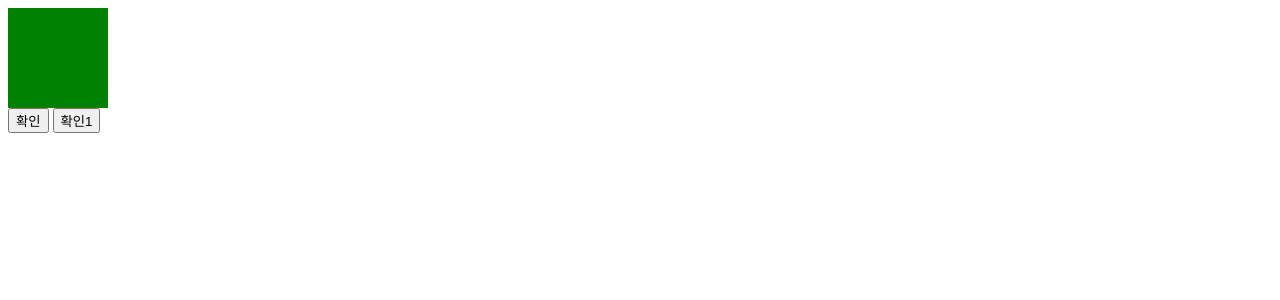
Repository: IreneCho/sk
Page: jqueryTest/WebContent/day13/o.html
These files come from the project's save history. The page is drawn as it stood at one moment and after the next save; the edit follows.
The browser window is 1280 px wide. The pictures show the whole page.
After loading, the first visible `#mydiv` was clicked once.
Some web libraries are served in a nearby version.

Above is the page before, as saved 2016-08-16 02:31:01.

### jqueryTest/WebContent/day13/o.html
<!DOCTYPE html>
<html>
<head>
<meta charset="EUC-KR">
<title>Insert title here</title>
</head>
<body>
	<div id="mydiv" style="background-color:yellow;width:100px;height:100px"></div>
	<button id="mybtn">확인</button>
	<button id="mybtn1" onclick="fn()">확인1</button>
</body>
<script src="https://code.jquery.com/jquery-3.1.0.js" integrity="sha256-slogkvB1K3VOkzAI8QITxV3VzpOnkeNVsKvtkYLMjfk=" crossorigin="anonymous"></script>
<script>
	$(init)
	function init(){
	//	$('#mybtn').click(btnClick)
	//	$('#mybtn').bind("click", btnClick)
	//	$('#mybtn').on("click", btnClick) //bind, unbind처럼 on, off
	//	$('#mydiv').click(divClick)
		$('#mydiv').bind("click mouseenter",divClick)
	}

	function divClick() {
		$('#mydiv').css('background-color','green')
	}
	function btnClick() {
		alert('call')
	}

	function fn() {
	//	$('#mybtn').unbind("click") //속성값 없애줌 클릭 이후에 init함수 실행 안됨
		$('#mybtn').off("click", btnClick)
	}

</script>
</html>

After the next save:
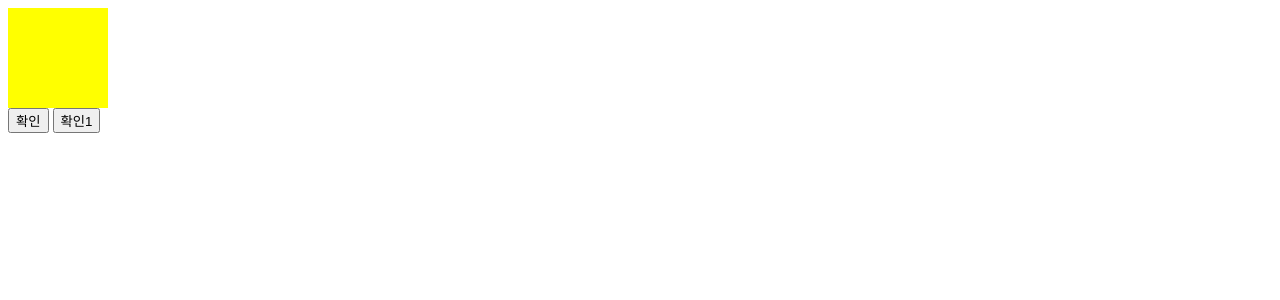
Saved 5 min 0 s later.
--- a/jqueryTest/WebContent/day13/o.html
+++ b/jqueryTest/WebContent/day13/o.html
@@ -17,11 +17,11 @@
 	//	$('#mybtn').bind("click", btnClick)
 	//	$('#mybtn').on("click", btnClick) //bind, unbind처럼 on, off
 	//	$('#mydiv').click(divClick)
-		$('#mydiv').bind("click mouseenter",divClick)
+		$('#mydiv').bind("click mouseenter mouseleave",divClick)
 	}
 
 	function divClick() {
-		$('#mydiv').css('background-color','green')
+		$('#mydiv').toggleClass('background-color','green')
 	}
 	function btnClick() {
 		alert('call')
